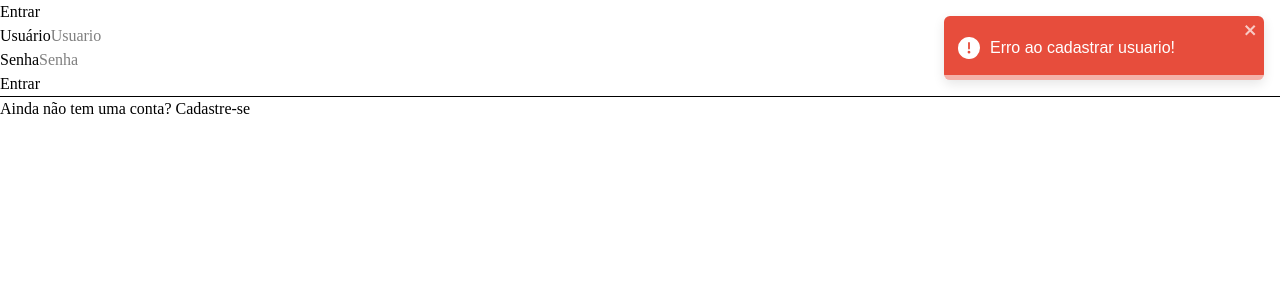
Repository: tauanesoares/blog
Page: /perfil
These files come from the project's save history. The page is drawn as it stood at one moment and after a run of saves; the edit follows.
The browser window is 1280 px wide. The pictures show the whole page.
The project was rebuilt for these pictures with package versions that can differ from the ones it lists, and the page was loaded fresh each time. Also part of the build but not shown: vite.config.ts, src/components/postagem/cardpostagem/CardPostagem.tsx, src/components/postagem/listapostagens/ListaPostagens.tsx, src/components/postagem/formpostagem/FormPostagem.tsx, src/components/postagem/modalpostagem/ModalPostagem.tsx, src/pages/home/Home.tsx, src/pages/cadastro/Cadastro.tsx, src/components/tema/cardtema/CardTema.tsx and 4 more.

Above is the page before, as saved 2025-11-03 08:27:42.

### index.html
<!doctype html>
<html lang="pt-br">
  <head>
    <meta charset="UTF-8" />
    <link rel="icon" type="image/svg+xml" href="https://i.imgur.com/f4KMCRp.png" />
    <meta name="viewport" content="width=device-width, initial-scale=1.0" />
    <title>Projeto blogpessoal</title>
  </head>
  <body>
    <div id="root"></div>
    <script type="module" src="/src/main.tsx"></script>
  </body>
</html>

### src/App.tsx
import Home from "./pages/home/Home";
import Navbar from "./components/navbar/Navbar";
import Footer from "./components/footer/Footer";
import { BrowserRouter, Route, Routes } from "react-router-dom";
import Cadastro from "./pages/cadastro/Cadastro";
import Login from "./pages/login/Login";
import { AuthProvider } from "./contexts/AuthContext";
import ListaTemas from "./components/tema/listatemas/ListaTemas";
import FormTema from "./components/tema/formtema/FormTema";
import DeletarTema from "./components/tema/deletartema/DeletarTema";
import ListaPostagens from "./components/postagem/listapostagens/ListaPostagens";
import FormPostagem from "./components/postagem/formpostagem/FormPostagem";
import DeletarPostagem from "./components/postagem/deletarpostagem/DeletarPostagem";
import Perfil from "./pages/perfil/Perfil";
import 'react-toastify/dist/ReactToastify.css';
import { ToastContainer } from "react-toastify";

function App() {
  return (
    <>
    <AuthProvider>
      <ToastContainer />
    <BrowserRouter>
        <Navbar />
          <div className="min-h-[80vh]">
            <Routes>
              <Route path="/" element={<Login />} />
              <Route path="/home" element={<Home />} />
              <Route path="/cadastro" element={<Cadastro />} />
              <Route path="/temas" element={<ListaTemas />} />
              <Route path="/cadastrartema" element={<FormTema />} />
              <Route path="/editartema/:id" element={<FormTema />} />
              <Route path="/deletartema/:id" element={<DeletarTema />} />
              <Route path="/postagens" element={<ListaPostagens />} />
              <Route path="/cadastrarpostagem" element={<FormPostagem />} />
              <Route path="/editarpostagem/:id" element={<FormPostagem />} />
              <Route path="/deletarpostagem/:id" element={<DeletarPostagem />} />
              <Route path="/perfil" element={<Perfil />} />
            </Routes>
          </div>
        <Footer />
    </BrowserRouter>
    </AuthProvider>
    </>
  );
}

export default App;

### src/components/navbar/Navbar.tsx
import { useContext, type ReactNode } from "react";
import { Link, useNavigate } from "react-router-dom";
import { AuthContext } from "../../contexts/AuthContext";
import { ToastAlerta } from "../../utils/ToastAlearta";

function Navbar() {

  const navigate = useNavigate();

  const { usuario, handleLogout } = useContext(AuthContext);

  function logout() {

    handleLogout()
    ToastAlerta('O Usuário foi desconectado com sucesso!', 'info')
    navigate('/')
  }

  let component: ReactNode

  if (usuario.token !== "") {

    component = (

      <div className='w-full flex justify-center py-4 bg-indigo-900 text-white'>

        <div className='container flex justify-between text-lg mx-8'>
          <Link to='/home' className='text-2xl font-bold'>Blog Pessoal</Link>

          <div className='flex gap-4'>
            <Link to='/postagens' className='hover:underline'>Postagens</Link>
            <Link to='/temas' className='hover:underline'>Temas</Link>
            <Link to='/cadastrartema' className='hover:underline'>Cadastrar tema</Link>
            <Link to='/perfil' className='hover:underline'>Perfil</Link>
            <Link to='' onClick={logout} className='hover:underline'>Sair</Link>
          </div>
        </div>
      </div>
    )
  }

  return (
    <>
      { component }
    </>
  )
}

export default Navbar

### src/components/footer/Footer.tsx
import { InstagramLogoIcon, GithubLogoIcon, LinkedinLogoIcon } from "@phosphor-icons/react"
import { useContext, type ReactNode } from "react"
import { AuthContext } from "../../contexts/AuthContext"


function Footer() {

    let data = new Date().getFullYear()

    const { usuario } = useContext(AuthContext)

    let component: ReactNode

    if (usuario.token !== "") {

    component = (


        <>
            <div className="flex justify-center bg-indigo-900 text-white">
                <div className="container flex flex-col items-center py-4">
                    <p className='text-xl font-bold'>
                            Blog Pessoal Generation | Copyright: {data}
                        </p>
                    <p className='text-lg'>Acesse nossas redes sociais</p>
                    <div className='flex gap-2'>
                        <a href="https://github.com/tauanesoares" target="_blank">
                            <GithubLogoIcon size={48} weight='bold' />
                        </a>
                         <a href="">
                            <InstagramLogoIcon size={48} weight='bold' />
                         </a>

                        <a href="">
                            <LinkedinLogoIcon size={48} weight='bold' />
                         </a>
                    </div>
                </div>
            </div>
        </>
    )
}

return (
    <>
      { component }
    </>
  )
}
export default Footer

### src/pages/login/Login.tsx
import { Link, useNavigate } from "react-router-dom";
import { AuthContext } from "../../contexts/AuthContext";
import type UsuarioLogin from "../../models/UsuarioLogin";
import { useContext, useEffect, useState, type ChangeEvent, type FormEvent } from "react";
import { ClipLoader } from "react-spinners";

function Login() {
    const navigate = useNavigate();

  const {usuario, handleLogin, isLoading} = useContext(AuthContext)

  const [usuarioLogin, setUsuarioLogin] = useState<UsuarioLogin>({} as UsuarioLogin)

  useEffect(() => {
    if (usuario.token !== "") {
      navigate('/home')
    }
  }, [usuario])

  function atualizarEstado(e: ChangeEvent<HTMLInputElement>) {
    setUsuarioLogin({
      ...usuarioLogin,
      [e.target.name]: e.target.value
    })
  }

  function login(e: FormEvent<HTMLFormElement>) {
    e.preventDefault()
    handleLogin(usuarioLogin)
  }
    return (
        <>
            <div className="grid grid-cols-1 lg:grid-cols-2 h-screen place-items-center font-bold ">
                <form className="flex justify-center items-center flex-col w-1/2 gap-4"
                    onSubmit={login}>
                    <h2 className="text-slate-900 text-5xl ">Entrar</h2>
                    <div className="flex flex-col w-full">
                        <label htmlFor="usuario">Usuário</label>
                        <input
                            type="text"
                            id="usuario"
                            name="usuario"
                            placeholder="Usuario"
                            className="border-2 border-slate-700 rounded p-2"
                            value={usuarioLogin.usuario}
                            onChange={(e: ChangeEvent<HTMLInputElement>) => atualizarEstado(e)}
                        />
                    </div>
                    <div className="flex flex-col w-full">
                        <label htmlFor="senha">Senha</label>
                        <input
                            type="password"
                            id="senha"
                            name="senha"
                            placeholder="Senha"
                            className="border-2 border-slate-700 rounded p-2"
                            value={usuarioLogin.senha}
                            onChange={(e: ChangeEvent<HTMLInputElement>) => atualizarEstado(e)}
                        />
                    </div>
                    <button
                        type='submit'
                        className="rounded bg-indigo-400 flex justify-center
                                   hover:bg-indigo-900 text-white w-1/2 py-2">
                        {isLoading ?
                         <ClipLoader
                          color="#ffffff"
                           size={20}
                            /> :
                        <span>Entrar</span>
                        }
                    </button>

                    <hr className="border-slate-800 w-full" />

                   <p>
                        Ainda não tem uma conta?{' '}
                        <Link to="/cadastro" className="text-indigo-800 hover:underline">
                            Cadastre-se
                        </Link>
                    </p>
                </form>
                 <div className="bg-[url('https://i.imgur.com/ZZFAmzo.jpg')] lg:block hidden bg-no-repeat
                            w-full min-h-screen bg-cover bg-center"
                ></div>
            </div>
        </>
    );
}

export default Login;

### src/contexts/AuthContext.tsx
import { createContext, useState, type ReactNode } from 'react';
import type UsuarioLogin from '../models/UsuarioLogin';
import { login } from '../services/Service';
import { ToastAlerta } from '../utils/ToastAlearta';

// tipagem das funcionalidades que eu vou querer no meu contexto, essa é a ultima parte a ser preenchida, de acordo com o que eu precisar no projeto
interface AuthContextProps {
  usuario: UsuarioLogin;
  handleLogout(): void;
  handleLogin(usuario: UsuarioLogin): Promise<void>;
  isLoading: boolean;
}

// interface de tipagem padrão do context, esse cara sempre vai precisar estar aqui, desse jeito
interface AuthProviderProps {
  children: ReactNode;
}

// criação do contexto em si, é uma const que sempre vai receber o "createContext({} as AuthContextProps)"
export const AuthContext = createContext({} as AuthContextProps);

// criação da função de provedor do context, sempre vai receber o "({ children }: AuthProviderProps)"
export function AuthProvider({ children }: AuthProviderProps) {

  // criação do estado que vai armazenar os dados do usuário que vai fazer o login
  const [usuario, setUsuario] = useState<UsuarioLogin>({
    id: 0,
    nome: '',
    usuario: '',
    senha: '',
    foto: '',
    token: '',
  });

  // estado pra fazer o esqueminha de loading do botão
  const [isLoading, setIsLoading] = useState<boolean>(false);

  // função que envia os dados do usuario para o backend, e se tudo der certo, da msg de ok, senão, da msg de erro
  async function handleLogin(usuarioLogin: UsuarioLogin) {
    setIsLoading(true);

    try {
      await login('/usuarios/logar', usuarioLogin, setUsuario);
      ToastAlerta("Usuário foi autenticado com sucesso!", "sucesso")
    } catch (error) {
      ToastAlerta("Os dados do Usuário estão inconsistentes!", "erro")
      console.log(error);
    }

    setIsLoading(false);
  }

  // função para deslogar o usuario, que simplesmente limpa todos os dados do estado, voltando ele pro estado original (sem token de acesso == não logado)
  function handleLogout() {
    setUsuario({
      id: 0,
      nome: '',
      usuario: '',
      senha: '',
      foto: '',
      token: '',
    });
  }

  return(
    <AuthContext.Provider value={{usuario, handleLogin, handleLogout, isLoading}}>
      {children}
    </AuthContext.Provider>
  )
}

### src/pages/perfil/Perfil.tsx
import { useContext, useEffect } from "react"
import { useNavigate } from "react-router-dom"

import { AuthContext } from "../../contexts/AuthContext"
import { ToastAlerta } from "../../utils/ToastAlearta"

function Perfil() {
	const navigate = useNavigate()

	const { usuario } = useContext(AuthContext)

	useEffect(() => {
		if (usuario.token === "") {
			ToastAlerta('Erro ao cadastrar usuario!', 'erro')
			navigate("/")
		}
	}, [usuario.token])

	return (
		<div className="flex justify-center mx-4">
			<div className="container mx-auto my-4 rounded-2xl overflow-hidden">
				<img
					className="w-full h-72 object-cover border-b-8 border-white"
					src="https://i.imgur.com/ZZFAmzo.jpg"
					alt="Capa do Perfil"
				/>

				<img
					className="rounded-full w-56 mx-auto mt-[-8rem] border-8 border-white relative z-10"
					src={usuario.foto}
					alt={`Foto de perfil de ${usuario.nome}`}
				/>

				<div
					className="relative mt-[-6rem] h-72 flex flex-col
                    bg-sky-500 text-white text-2xl items-center justify-center"
				>
					<p>Nome: {usuario.nome} </p>
					<p>Email: {usuario.usuario}</p>
				</div>
			</div>
		</div>
	)
}

export default Perfil

### src/utils/ToastAlearta.ts
import { toast } from 'react-toastify';

export function ToastAlerta(mensagem: string, tipo: string) {
  switch (tipo) {

    case 'sucesso':
      toast.success(mensagem, {
        position: 'top-right',
        autoClose: 2000,
        hideProgressBar: false,
        closeOnClick: true,
        pauseOnHover: false,
        draggable: false,
        theme: 'colored',
        progress: undefined,
      });
      break;

    case 'erro':
      toast.error(mensagem, {
        position: 'top-right',
        autoClose: 2000,
        hideProgressBar: false,
        closeOnClick: true,
        pauseOnHover: false,
        draggable: false,
        theme: 'colored',
        progress: undefined,
      });
      break;

    case 'info':
    default:
      toast.info(mensagem, {
        position: 'top-right',
        autoClose: 2000,
        hideProgressBar: false,
        closeOnClick: true,
        pauseOnHover: false,
        draggable: false,
        theme: 'colored',
        progress: undefined,
      });
      break;
  }
}

### src/services/Service.ts
import axios from 'axios';

const api = axios.create({
    baseURL: 'https://blogpessoal-umwc.onrender.com'
});

export const cadastrarUsuario = async (url: string, dados: Object, setDados: Function) => {
    const resposta = await api.post(url, dados);
    setDados(resposta.data);
}

export const login = async (url: string, dados: Object, setDados: Function) => {
    const resposta = await api.post(url, dados);
    setDados(resposta.data);
}
export const buscar = async (url: string, setDados: Function, header: Object) => {
    const resposta = await api.get(url, header)
    setDados(resposta.data)
}
export const cadastrar = async (url: string, dados: Object, setDados: Function, header: Object) => {
    const resposta = await api.post(url, dados, header)
    setDados(resposta.data)
}

export const atualizar = async (url: string, dados: Object, setDados: Function, header: Object) => {
    const resposta = await api.put(url, dados, header)
    setDados(resposta.data)
}
export const deletar = async (url: string, header: Object) => {
    await api.delete(url, header)
}

Loaded but not shown: src/main.tsx (common file); src/index.css (common file)

After the next 3 saves:
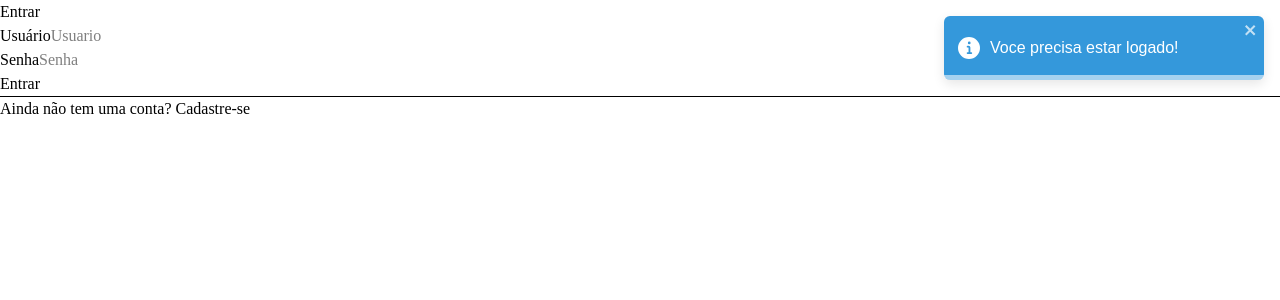
The 3 saves are shown as one change because they came seconds apart.
The last was saved 11 s later.
--- a/src/pages/perfil/Perfil.tsx
+++ b/src/pages/perfil/Perfil.tsx
@@ -11,7 +11,7 @@
 
 	useEffect(() => {
 		if (usuario.token === "") {
-			ToastAlerta('Erro ao cadastrar usuario!', 'erro')
+			ToastAlerta('Voce precisa estar logado!', 'info')
 			navigate("/")
 		}
 	}, [usuario.token])
